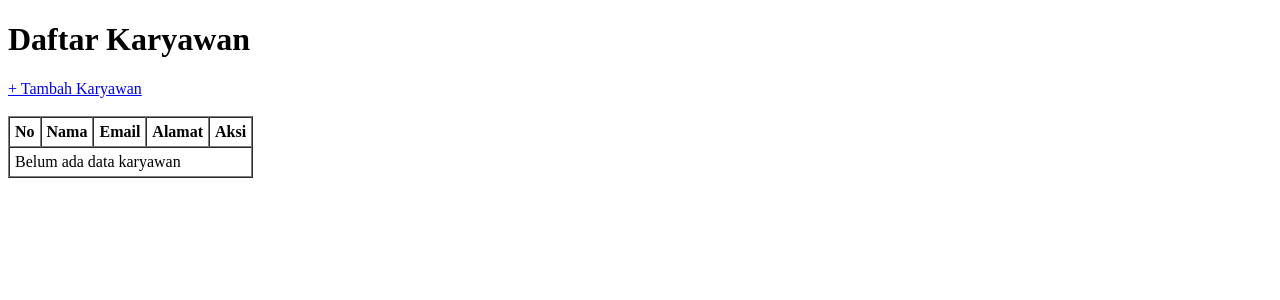
Repository: Senicccc/laravel-material1to7
Page: http://localhost/home
An editor plug-in stored every save of this project. The page is shown before and after the next save, followed by the edit.
The browser window is 1280 px wide. The pictures show the whole page.
The page is served by the project's Laravel application, run on PHP 8.4 with Laravel 12. Queries for data that is not in the repository find no rows.

Above is the page before, as saved 2025-10-01 19:30:00.

After the next save:
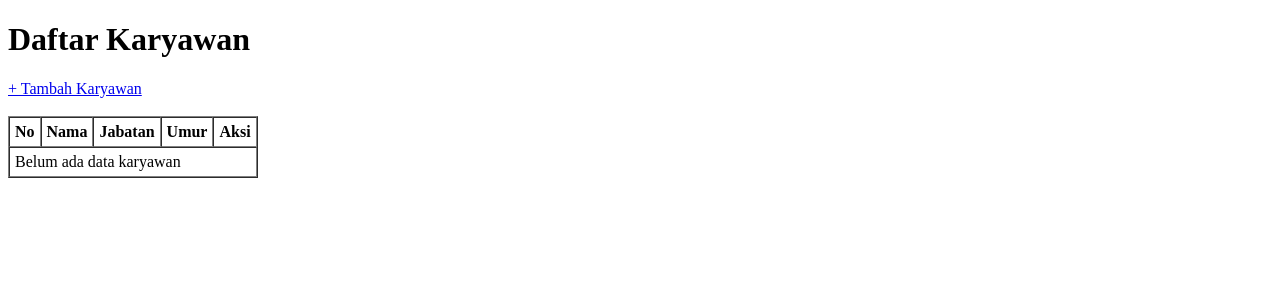
Saved 15 s later.
--- a/resources/views/home.blade.php
+++ b/resources/views/home.blade.php
@@ -9,20 +9,24 @@
     <a href="{{ route('karyawan.create') }}">+ Tambah Karyawan</a>
     <br><br>
 
+    @if(session('success'))
+        <div style="color:green">{{ session('success') }}</div><br>
+    @endif
+
     <table border="1" cellpadding="5" cellspacing="0">
         <tr>
             <th>No</th>
             <th>Nama</th>
-            <th>Email</th>
-            <th>Alamat</th>
+            <th>Jabatan</th>
+            <th>Umur</th>
             <th>Aksi</th>
         </tr>
         @forelse ($karyawan as $index => $k)
             <tr>
                 <td>{{ $index + 1 }}</td>
                 <td>{{ $k->nama }}</td>
-                <td>{{ $k->email }}</td>
-                <td>{{ $k->alamat }}</td>
+                <td>{{ $k->jabatan }}</td>
+                <td>{{ $k->umur }}</td>
                 <td>
                     <a href="{{ route('karyawan.edit', $k->id) }}">Edit</a> |
                     <form action="{{ route('karyawan.destroy', $k->id) }}" method="POST" style="display:inline">
